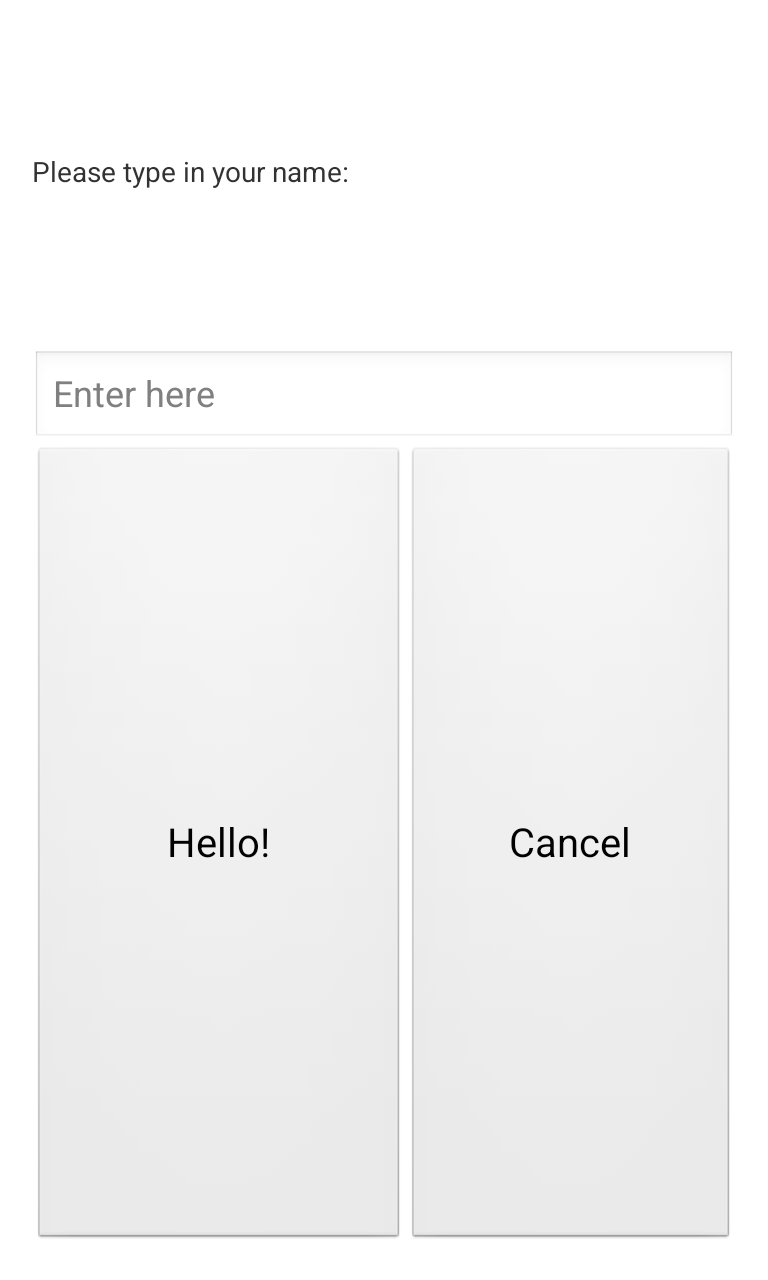
Repository: echolomaniac/HelloWorld
Layout: HelloWorld/res/layout/fragment_main.xml
An editor plug-in stored every save of this project. The layout is shown before and after the next save, followed by the edit.
It is drawn on a 768 x 1280 px phone screen (xhdpi) without system bars, with theme android:Theme.Light.NoTitleBar; the app's code is not run.

Above is the layout before, as saved 2014-05-06 06:52:04.

### HelloWorld/res/layout/fragment_main.xml
<RelativeLayout xmlns:android="http://schemas.android.com/apk/res/android"
    xmlns:tools="http://schemas.android.com/tools"
    android:layout_width="match_parent"
    android:layout_height="match_parent"
    android:paddingBottom="@dimen/activity_vertical_margin"
    android:paddingLeft="@dimen/activity_horizontal_margin"
    android:paddingRight="@dimen/activity_horizontal_margin"
    android:paddingTop="@dimen/activity_vertical_margin"
    tools:context="com.example.helloworld.MainActivity$PlaceholderFragment" >

    <LinearLayout
        android:id="@+id/linearLayout1"
        android:layout_width="fill_parent"
        android:layout_height="fill_parent"
        android:layout_alignParentLeft="true"
        android:orientation="vertical" >

        <TextView
            android:id="@+id/textView1"
            android:layout_width="wrap_content"
            android:layout_height="wrap_content"
            android:layout_marginTop="60dp"
            android:text="@string/enter_name" />

        <EditText
            android:id="@+id/nameEditText"
            android:layout_width="match_parent"
            android:layout_height="wrap_content"
            android:layout_marginTop="80dp"
            android:ems="10"
            android:hint="@string/hint_enter_name" />

        <LinearLayout
            android:layout_width="fill_parent"
            android:layout_height="0dp"
            android:layout_weight="0.01" >

            <Button
                android:id="@+id/button1"
                android:layout_width="0dp"
                android:layout_height="match_parent"
                android:layout_weight="0.5"
                android:text="@string/hello_button"
                android:textSize="20sp"
                android:onClick="onHelloPressed"/>

            <Button
                android:id="@+id/button2"
                android:layout_width="165dp"
                android:layout_height="match_parent"
                android:text="@string/button_cancel"
                android:textSize="20sp" />

        </LinearLayout>

    </LinearLayout>

</RelativeLayout>

### HelloWorld/res/values/strings.xml
<?xml version="1.0" encoding="utf-8"?>
<resources>

    <string name="app_name">HelloWorld</string>
    <string name="hello_world">Hello world!</string>
    <string name="action_settings">Settings</string>
    <string name="enter_name">Please type in your name:</string>
    <string name="hello_button">Hello!</string>
    <string name="hint_enter_name">Enter here</string>
    <string name="button_cancel">Cancel</string>
    <string name="field_Hello">Hello!</string>
    <string name="button_exit">Exit</string>

</resources>

Loaded but not shown: HelloWorld/res/values/dimens.xml (common file); HelloWorld/res/values-w820dp/dimens.xml (common file)

After the next save:
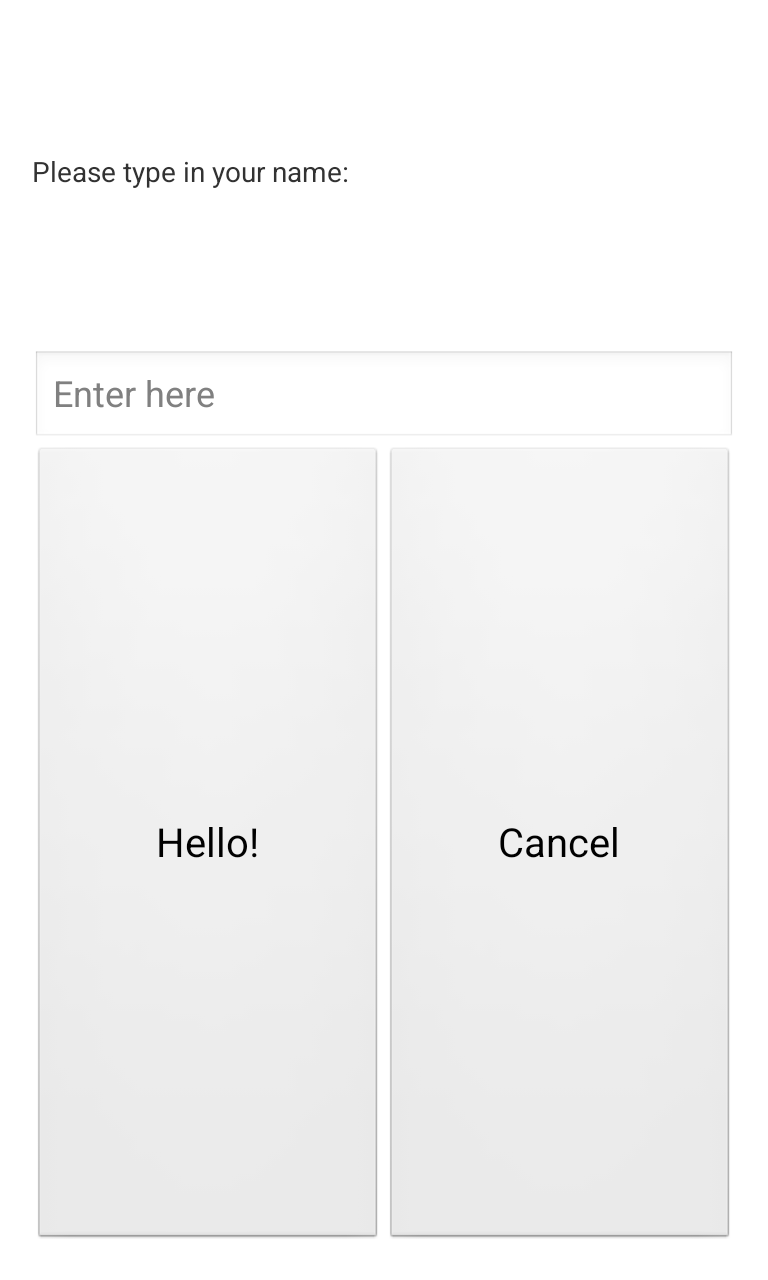
Saved 25 s later.
--- a/HelloWorld/res/layout/fragment_main.xml
+++ b/HelloWorld/res/layout/fragment_main.xml
@@ -46,7 +46,8 @@
 
             <Button
                 android:id="@+id/button2"
-                android:layout_width="165dp"
+                android:layout_width="0dp"
+                android:layout_weight = "0.5"
                 android:layout_height="match_parent"
                 android:text="@string/button_cancel"
                 android:textSize="20sp" />
